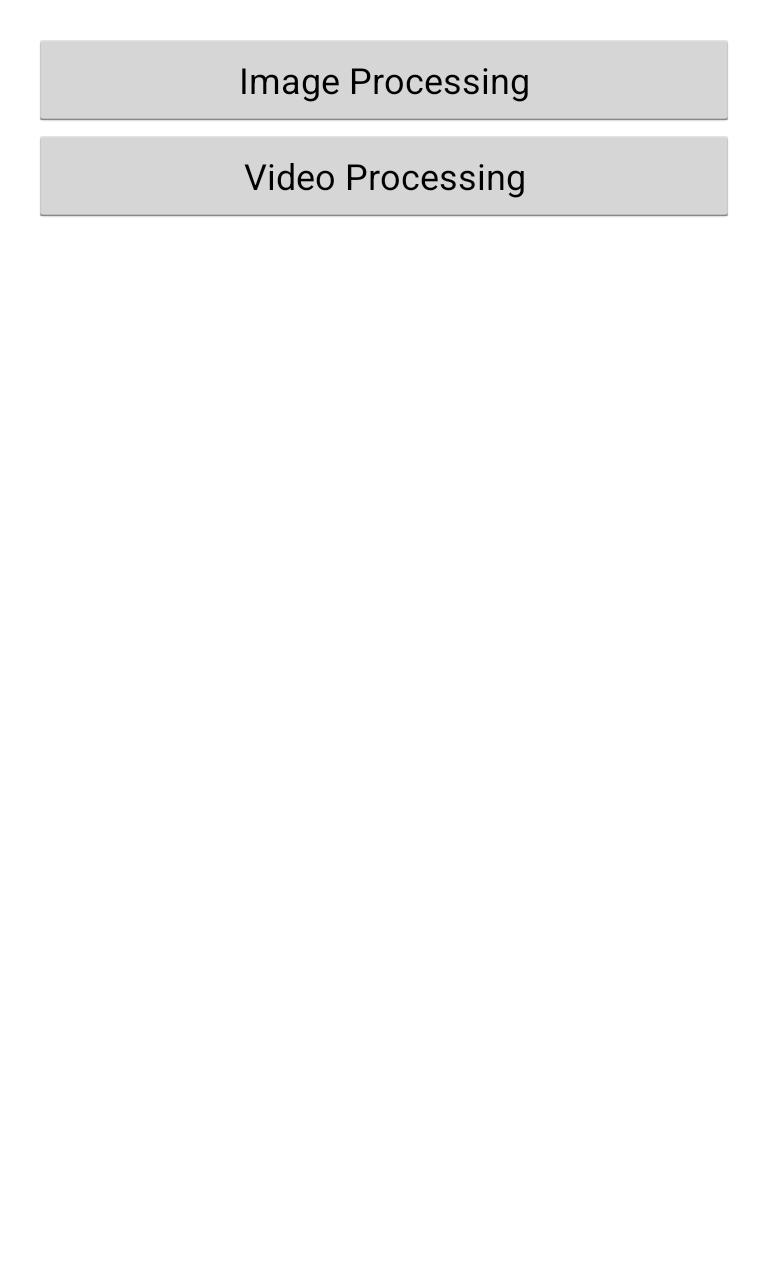
Repository: DevShah/18551
Layout: Lab1/Lab1/res/layout/activity_main.xml
These files come from the project's save history. The layout is drawn as it stood at one moment and after the next save; the edit follows.
It is drawn on a 768 x 1280 px phone screen (xhdpi) without system bars, with theme AppTheme; the app's code is not run.

Above is the layout before, as saved 2014-01-27 03:29:38.

### Lab1/Lab1/res/layout/activity_main.xml
<RelativeLayout xmlns:android="http://schemas.android.com/apk/res/android"
    xmlns:tools="http://schemas.android.com/tools"
    android:layout_width="match_parent"
    android:layout_height="match_parent"
    android:paddingBottom="@dimen/activity_vertical_margin"
    android:paddingLeft="@dimen/activity_horizontal_margin"
    android:paddingRight="@dimen/activity_horizontal_margin"
    android:paddingTop="@dimen/activity_vertical_margin"
    tools:context=".MainActivity" >

    <LinearLayout
        android:id="@+id/linearLayout1"
        android:layout_width="match_parent"
        android:layout_height="wrap_content"
        android:orientation="vertical"
        tools:ignore="UselessParent" >

        <Button
            android:id="@+id/button1"
            android:layout_width="match_parent"
            android:layout_height="wrap_content"
            android:text="@string/image_processing" />

    </LinearLayout>

    <Button
        android:id="@+id/button2"
        android:layout_width="wrap_content"
        android:layout_height="wrap_content"
        android:layout_alignLeft="@+id/linearLayout1"
        android:layout_alignRight="@+id/linearLayout1"
        android:layout_below="@+id/linearLayout1"
        android:text="Video Processing" />

</RelativeLayout>

### Lab1/Lab1/res/values/strings.xml
<?xml version="1.0" encoding="utf-8"?>
<resources>

    <string name="app_name">Lab1</string>
    <string name="action_settings">Settings</string>
    <string name="hello_world">Hello world!</string>
    <string name="ajmal_gavi_and_dev">Ajmal, Gavi, and Dev</string>
    <string name="_18551_spring_14_lab_1">18551 Spring 14 Lab 1</string>
    <string name="image_processing">Image Processing</string>

</resources>

Loaded but not shown: Lab1/Lab1/res/values/styles.xml (common file); Lab1/Lab1/res/values-v11/styles.xml (common file); Lab1/Lab1/res/values-v14/styles.xml (common file); Lab1/Lab1/res/values/dimens.xml (common file)

After the next save:
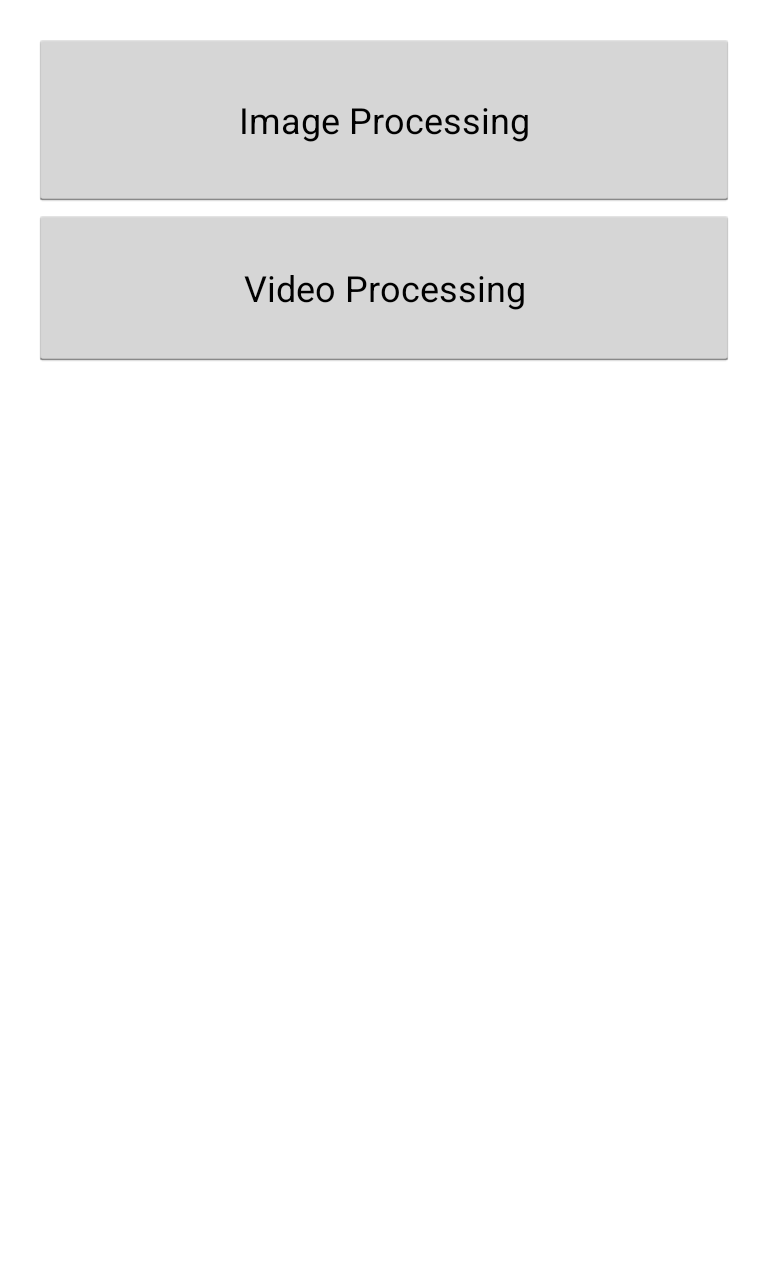
Saved 43 s later.
--- a/Lab1/Lab1/res/layout/activity_main.xml
+++ b/Lab1/Lab1/res/layout/activity_main.xml
@@ -18,18 +18,15 @@
         <Button
             android:id="@+id/button1"
             android:layout_width="match_parent"
-            android:layout_height="wrap_content"
+            android:layout_height="88dp"
             android:text="@string/image_processing" />
+
+        <Button
+            android:id="@+id/button2"
+            android:layout_width="match_parent"
+            android:layout_height="80dp"
+            android:text="Video Processing" />
 
     </LinearLayout>
 
-    <Button
-        android:id="@+id/button2"
-        android:layout_width="wrap_content"
-        android:layout_height="wrap_content"
-        android:layout_alignLeft="@+id/linearLayout1"
-        android:layout_alignRight="@+id/linearLayout1"
-        android:layout_below="@+id/linearLayout1"
-        android:text="Video Processing" />
-
 </RelativeLayout>
